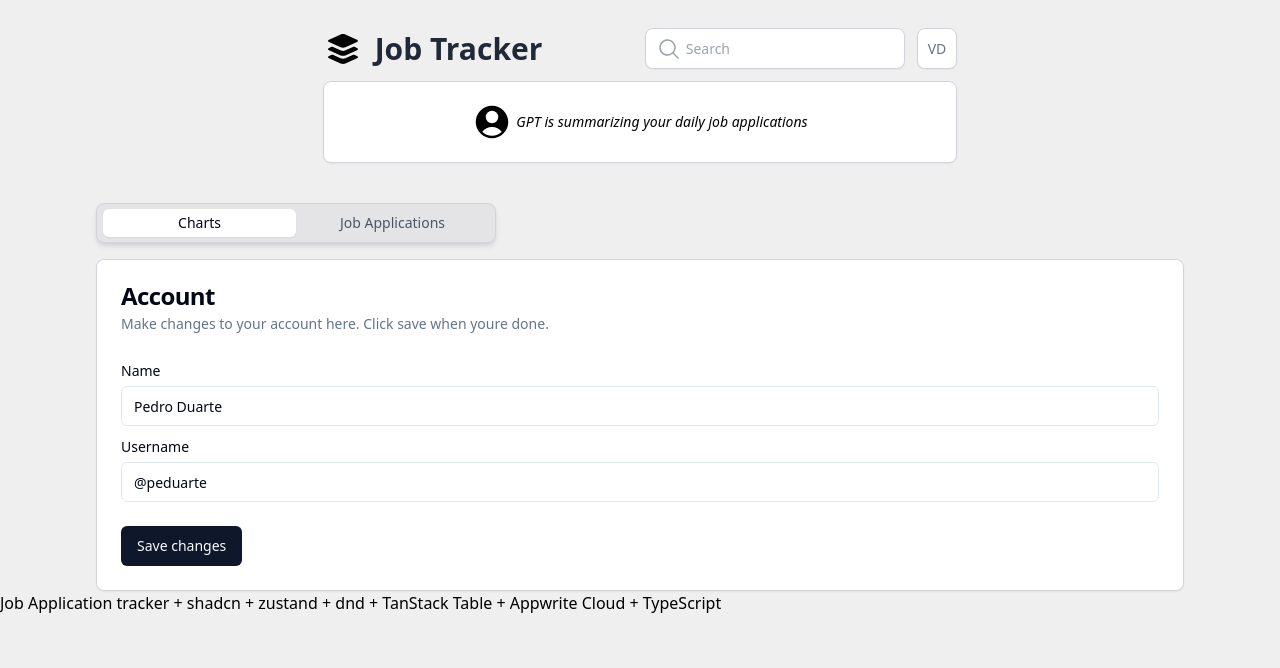
Repository: Vasil1001/job-applications-tracker-nextjs
Page: /
These files come from the project's save history. The page is drawn as it stood at one moment and after the next save; the edit follows.
The browser window is 1280 px wide. The pictures show the whole page.
The project was rebuilt for these pictures with package versions that can differ from the ones it lists, and the page was loaded fresh each time. The framework's server and built-in components were replaced by stand-ins that run in the browser. Also part of the build but not shown: next.config.js.

Above is the page before, as saved 2023-06-24 19:09:58.

After the next save:
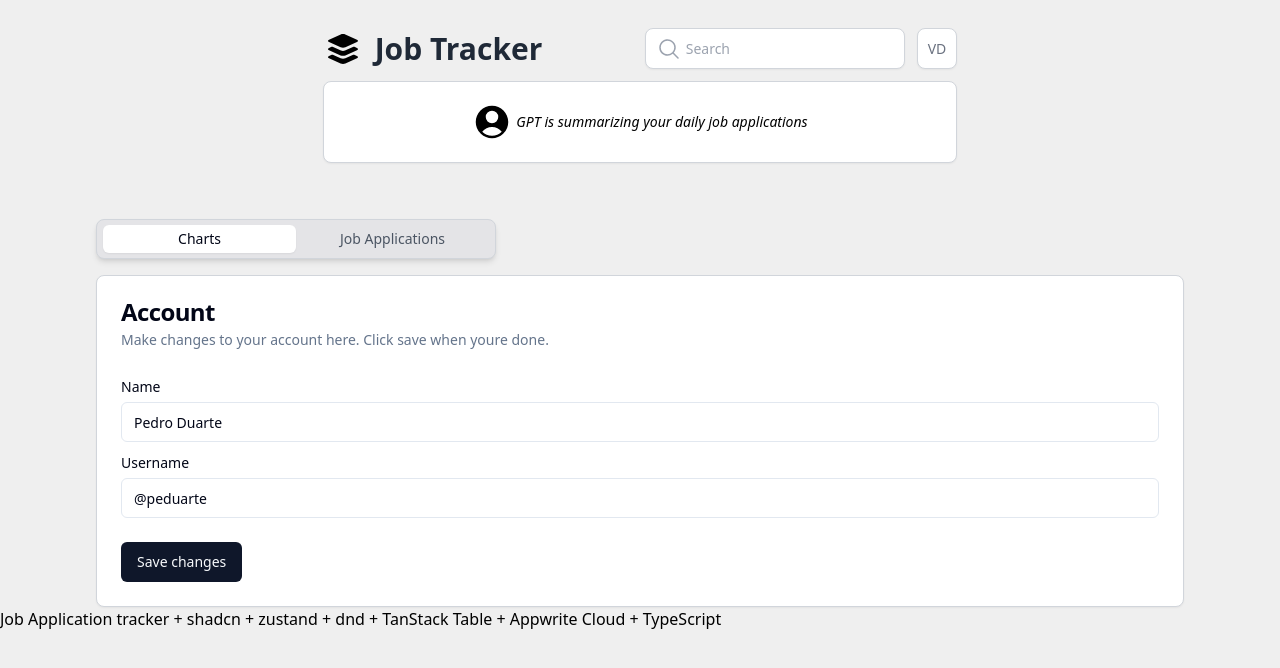
Saved 8 s later.
--- a/components/ui/tabs.tsx
+++ b/components/ui/tabs.tsx
@@ -12,7 +12,7 @@ const TabsList = React.forwardRef<
   <TabsPrimitive.List
     ref={ref}
     className={cn(
-      "inline-flex h-10 items-center justify-center rounded-lg shadow-md mb-4 bg-zinc-200 p-1 px-1.5 text-gray-600 dark:bg-slate-800 dark:text-slate-400",
+      "inline-flex h-10 items-center justify-center rounded-lg shadow-md my-4 bg-zinc-200 p-1 px-1.5 text-gray-600 dark:bg-slate-800 dark:text-slate-400",
       className
     )}
     {...props}
